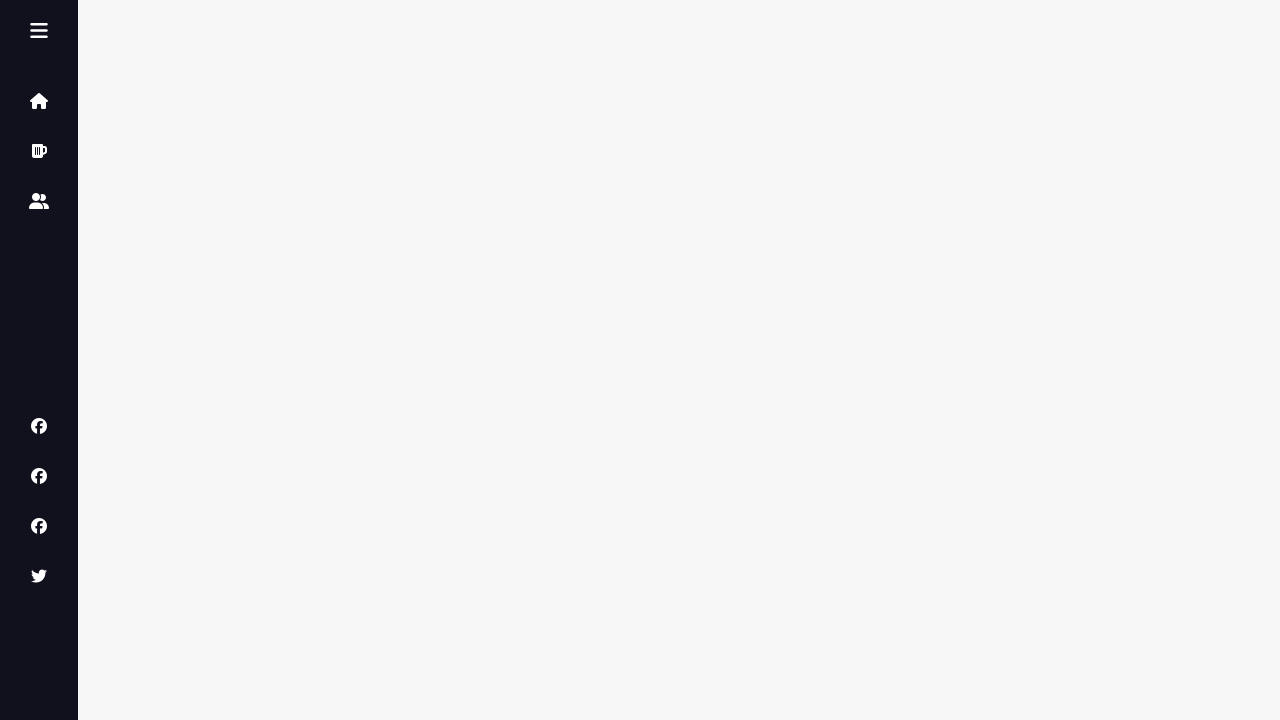
Repository: Nic98/MilkTeaWebsite
Page: mywebsite.html
These files come from the project's save history. The page is drawn as it stood at one moment and after a run of saves; the edit follows.
The browser window is 1280 px wide. The pictures show the whole page.
Some web libraries are served in a nearby version.

Above is the page before, as saved 2024-05-28 18:02:18.

### mywebsite.html
<!DOCTYPE html>
<html lang="en">
<head>
  <meta charset="UTF-8">
  <meta name="viewport" content="width=device-width, initial-scale=1.0">
  <link rel="stylesheet" href="mywebsite.css">
  <script src="https://kit.fontawesome.com/2dbcf482c2.js" crossorigin="anonymous"></script>
  <!-- <script src="/sidebar.js"></script> -->
  <title>ComeBuyBooze</title>

</head>
<body>

  <!-- sidebar implementation -->
  <div class="sidebar workspace--flexchild1">
    <div class="logo_content">
        <div class="logo">
            <dive class="logo_name"> ComeBuyBooze </dive>
            <i class="fas fa-bars" id="btn"></i>
        </div>
    </div>

    <ul class="nav_list">
        <li>
            <a href="#">
                <i class="fas fa-home"></i>
                <span class="links_name">ComeBack</span>
            </a>
            <span class = "tooltip">ComeBack</span>
        </li>

        <li>
            <a href="#">
              <i class="fa-solid fa-beer-mug-empty"></i>
                <span class="links_name">Boozz</span>
            </a>
            <span class = "tooltip">Boozz</span>
        </li>

        <li>
          <a href="#">
              <i class="fas fa-user-friends"></i>
              <span class="links_name">Contact us</span>
          </a>
          <span class = "tooltip">Contacts us</span>
      </li>
    </ul>

    <ul class="contact_list">
      <li>
        <a href="#">
          <i class="fa-brands fa-facebook"></i>
        </a>
      </li>
      <li>
        <a href="#">
          <i class="fa-brands fa-facebook"></i>
        </a>
      </li>
      <li>
        <a href="#">
          <i class="fa-brands fa-facebook"></i>
        </a>
      </li>
      <li>
        <a href="#">
          <i class="fa-brands fa-twitter"></i>
        </a>
      </li>
    </ul>



</div>














  <script>
    let btn = document.querySelector("#btn");
    let sidebar = document.querySelector(".sidebar");

    btn.onclick = function() {
        sidebar.classList.toggle("active");
    }
  </script>
</body>
</html>

### mywebsite.css
@import url('https://fonts.googleapis.com/css2?family=Poppins:wght@200;300;400;500;600;700&display=swap');

body{
    margin: 0;
    font-family: "Poppins", sans-serif;
}

.flexbox{
    display: flex;
}

.columnflex{
    display: flex;
    flex-direction: column;
    justify-content: center;
}

#btn{
    cursor: pointer;
}

.btn--line{
    border: solid;
    border-width: 1px;
    color: white;
    background: none;
    border-radius: 50px;
    padding: 10px;
    padding-left: 20px;
    padding-right:20px;
    font-size: 18px;
    cursor: pointer;
}

.btn--solid{
    border: solid;
    border-width: 1px;
    border-radius: 50px;
    padding: 10px;
    padding-left: 20px;
    padding-right: 20px;
    font-size: 18px;
    cursor: pointer;
}

.btn--noborder{
    border: none;
    background: none;
}

.font--title{
    font-size: 30px;
}

.font--bold{
    font-weight: bolder;
}

.font--largrsize{
    font-size: 18px;
}

.login--input{
    border: solid 1px gray;
    font-size: 14px;
    padding: 8px;
    padding-left: 14px;
    width: 100%;
    border-radius: 50px;
    margin-top: 20px;
    box-sizing: border-box;
    box-shadow: 1px 1px 1px gray;
}

.btn--solid>*{
    text-decoration: none;
    color: white;
}

.btn--solid>*:hover{
    color: white;
    transition-duration: 0.5s;
}

:root{
  --lightgray: #F7F7F7;
  --darkblue: #032444;
}

*{
  margin:0;
  padding:0;
  box-sizing: border-box;
}

body {
  background-color: #F7F7F7;
  position: relative;
  min-height: 100vh;
  width: 100%;
  overflow:hidden;
}

/* sidebar */

.nav_list {
  padding-inline-start: 0%;
  list-style-type: none;
}

.sidebar {
  height:100%;
  position:absolute;
  top:0;
  left:0;
  width:78px;
  background-color: #11101d;
  padding:6px 14px;
  transition: all 0.5s ease;
}

.sidebar.active{
  width:240px;
}

.sidebar .logo_content .logo {
  color: #fff;
  display: flex;
  height: 50px;
  width: 100%;
  align-items: center;
  transition: all 0.5s ease;

}

.logo_content .logo i {
  font-size: 28px;
  margin-right: 5px;
}

.logo_content .logo .logo_name {
  font-size: 20px;
  font-weight: 400;
}

.sidebar #btn {
  color: #fff;
  position:absolute;
  left: 50%;
  top:6px;
  font-size: 20px;
  height:50px;
  width:50px;
  text-align: center;
  line-height: 50px;
  transform: translateX(-50%);
}

.sidebar.active #btn{
  left: 90%;
}

.sidebar ul {
  margin-top: 20px;

}
.sidebar ul li {
  list-style: none;
  height: 50px;
  width:100%;
  position:relative;
  margin: 0 0px;
  line-height: 50px;
}

.sidebar ul li .tooltip{
  position: absolute;
  left:122px;
  top:10%;
  transform: translate(-50%, -50%);
  text-align: center;
  border-radius: 6px;
  height:35px;
  width:122px;
  background: #fff;
  line-height: 35px;
  box-shadow: 0 5px 10px rgba(0,0,0,0.2);
  transition:0s;
  opacity: 0;
  pointer-events: none;
  z-index: 3000 !important;
}

.sidebar.active ul li .tooltip {
  display:none;
}

.sidebar ul li:hover .tooltip{
  transition: all 0.5s ease;
  opacity: 1;
  top:50%;
  z-index: 3;
}

.sidebar .nav_list li a {
  color: #fff;
  display: flex;
  align-items: center;
  text-decoration: none;
  transition: all 0.4s ease;
  border-radius: 6px;
  height:100%;
  white-space: nowrap;
}

.sidebar .nav_list li a:hover {
  color: #11101d;
  background: #fff;
  padding: 5px;
}

.sidebar .nav_list li i {
  height:50px;
  min-width: 50px;
  border-radius: 12px;
  line-height: 50px;
  text-align: center;
}

.sidebar .links_name{
  opacity: 0;
  pointer-events: none;
  transition: all 0.5s ease;
}

.sidebar.active .links_name {
  opacity: 1;
  pointer-events: auto;
}

.sidebar .logo_name {
  opacity: 0;
  pointer-events: none;
}

.sidebar.active .logo_name {
  opacity: 1;
  pointer-events: auto;
}

/* contact list */

/* .contact_list .links_name{
  opacity: 0;
  pointer-events: none;
  transition: all 0.5s ease;
}

.contact_list.active .links_name {
  opacity: 1;
  pointer-events: auto;
} */

.contact_list {
  padding-top: 250%;
  position: relative;
  top: 30px;
  padding-inline-start: 0%;
  list-style-type: none;
}

.contact_list li i {
  height:50px;
  min-width: 50px;
  line-height: 50px;
  border-radius: 12px;
  text-align: center;
}

.contact_list li a:hover {
  color: #11101d;
  background: #fff;
  padding-left:12px;
}

.contact_list li a {
  position: relative;
  color: #fff;
  display:inline-block;
  /* width: 60px;
  height: 60px; */
  text-align: center;
  /* line-height: 63px; */
  border-radius: 50%;
  transition: all 0.4s ease;
  white-space: nowrap;
}

.contact_list li i {
  height:50px;
  min-width: 50px;
  border-radius: 12px;
  line-height: 50px;
  text-align: center;
}

.sidebar.active .contact_list li i {
  height:50px;
  min-width: 50px;
  border-radius: 12px;
  line-height: 50px;
  text-align: center;
}

.sidebar.active .contact_list li a:hover {
  color: #11101d;
  background: #fff;
}









































/* .home_content {

  position: absolute;
  height: 100%;
  width: calc(100% - 78px);
  left:78px;
  transition: all 0.5s ease;

}

.home_content .text {
  font-size: 25px;
  font-weight: 500;
  color: #1d1b31;
  margin:12px;
}

.sidebar.active ~ .home_content {
  width: calc(100% - 240px);
  left:240px
} */



/* header

.workspaceheader--container{
  width: 100%;
  height: 50px;
  background-color: white;
  justify-content: space-between;
  padding-left: 18px;
  padding-right: 18px;
  box-shadow: 3px 3px 3px lightgray;



}

.searchbar--container{
  height: inherit;
  width: 40%;
  flex-direction: column;
  justify-content:center;
}

.searchbar--container>*{
  margin: 0;
}

.seachbar{
  max-width: 400px;
  padding: 4px;
  padding-left: 18px;
  box-shadow: none;
  border: solid 1px var(--lightgray);
  background: #FBFBFB;
}

.settingbar--container>*+*{
  margin-left: 16px;
}

.profilepic{
  height: 44px;
  width: 44px;
  border: solid 1px lightgray;
  border-radius: 50%;

}

.fa-moon, .fa-cog, .fa-bell{
  font-size: large;
}

.font--headerrole{
  font-size: small;

}

.headerName{
  margin-left: 22px;
}

.headerrole--container{
  flex-direction: row-reverse;
  justify-content: center;
}

.headerrole--container>*{
  margin: 0 !important;
  color: black;
}

.content-container{

  max-height: 100%;
  padding: 20px;

  width: 100%;
  overflow-y: scroll !important;

}

.content-container>*{
  z-index: 0;
} */

After the next 2 saves:
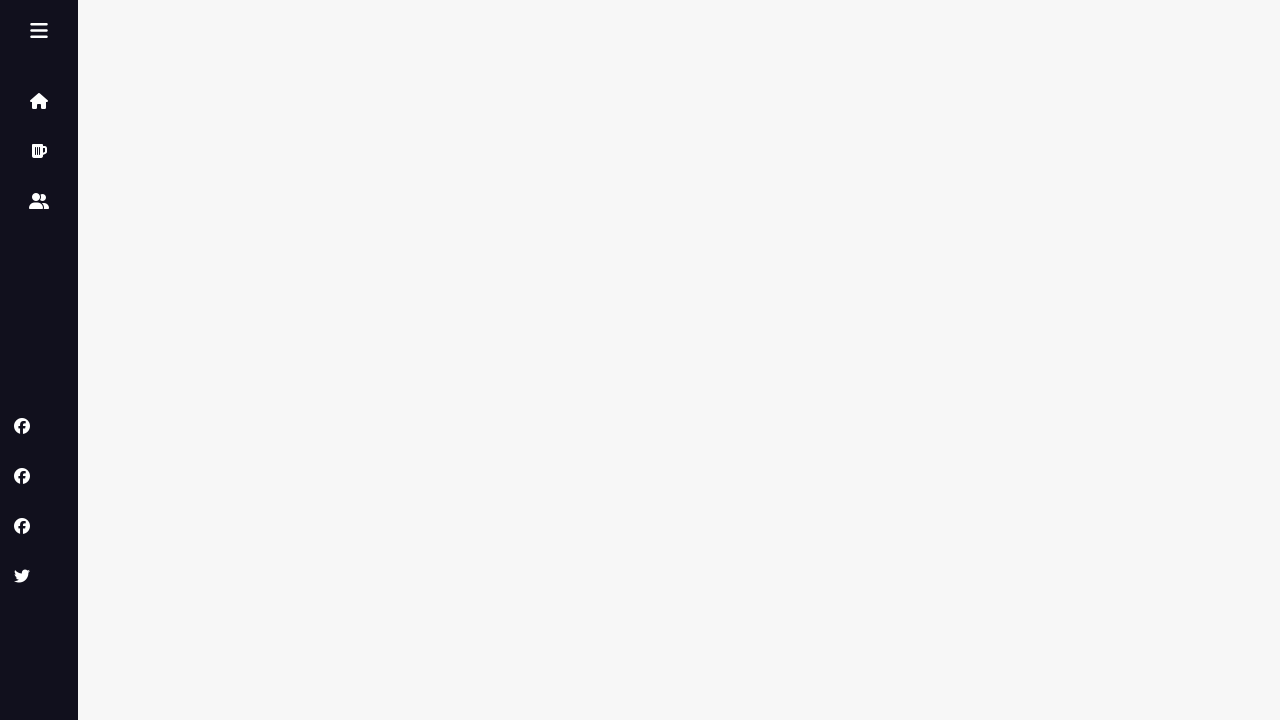
The 2 saves are shown as one change because they came seconds apart.
The last was saved 35 s later.
--- a/mywebsite.css
+++ b/mywebsite.css
@@ -297,8 +297,8 @@
 }
 
 .contact_list li i {
-  height:50px;
-  min-width: 50px;
+  height:1px;
+  min-width: 1px;
   border-radius: 12px;
   line-height: 50px;
   text-align: center;

After the save that followed:
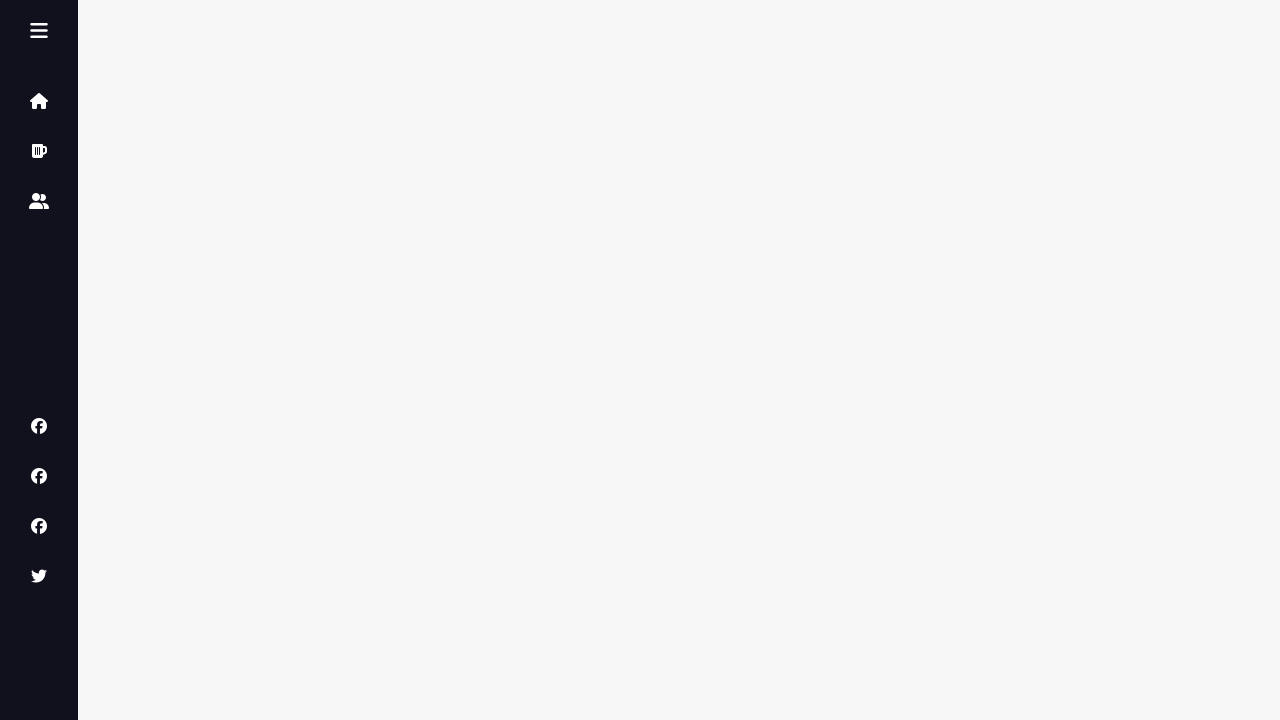
Saved 6 s later.
--- a/mywebsite.css
+++ b/mywebsite.css
@@ -297,8 +297,8 @@
 }
 
 .contact_list li i {
-  height:1px;
-  min-width: 1px;
+  height:50px;
+  min-width: 50px;
   border-radius: 12px;
   line-height: 50px;
   text-align: center;
